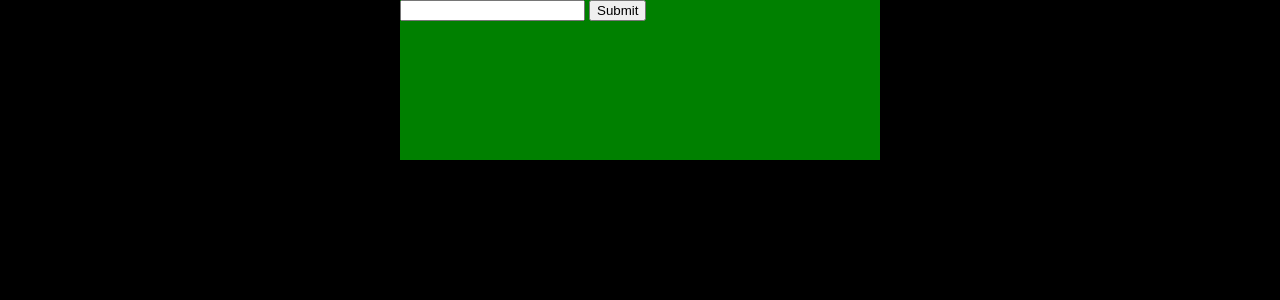
Repository: AndreasAnemyrLNU/1dv403-laborationer-AA223IG
Page: 2-labbymezzage/index.html
The author's editor kept a record of every edit. The page is drawn from the files as they stood at one moment, then again after the next edit.
The browser window is 1280 px wide. The pictures show the whole page.

Above is the page before.

### 2-labbymezzage/index.html
<!DOCTYPE html>
<html lang="sv">
    <head>
        <link rel="stylesheet" href="css/main.css" type="text/css" />
    </head>
    <body>

        <main id="mainMessageArea">

                <form>
                    <input id="messageInputArea"type="textarea"/>
                    <input type="submit" value="Submit"/>
                </form>
            </div>
        </main>

        <script type="text/javascript" src="js/addEvent.js"></script>
        <!--script type="text/javascript" src="js/run.js"></script>
        <!--script type="text/javascript" src="js/Message.js"></script>
    </body>
</html>

### 2-labbymezzage/css/main.css
/*Optimized for 960px width*/

/*ColorScheme*/


/* http://meyerweb.com/eric/tools/css/reset/
   v2.0 | 20110126
   License: none (public domain)
*/

html, body, div, span, applet, object, iframe,
h1, h2, h3, h4, h5, h6, p, blockquote, pre,
a, abbr, acronym, address, big, cite, code,
del, dfn, em, img, ins, kbd, q, s, samp,
small, strike, strong, sub, sup, tt, var,
b, u, i, center,
dl, dt, dd, ol, ul, li,
fieldset, form, label, legend,
table, caption, tbody, tfoot, thead, tr, th, td,
article, aside, canvas, details, embed,
figure, figcaption, footer, header, hgroup,
menu, nav, output, ruby, section, summary,
time, mark, audio, video {
	margin: 0;
	padding: 0;
	border: 0;
	font-size: 100%;
	font: inherit;
	vertical-align: baseline;
}
/* HTML5 display-role reset for older browsers */
article, aside, details, figcaption, figure,
footer, header, hgroup, menu, nav, section {
	display: block;
}
body {
	line-height: 1;
}
ol, ul {
	list-style: none;
}
blockquote, q {
	quotes: none;
}
blockquote:before, blockquote:after,
q:before, q:after {
	content: '';
	content: none;
}
table {
	border-collapse: collapse;
	border-spacing: 0;
}

/*END OF MEYER'S RESET*/

body {
    background-color: black;
}

#mainMessageArea {
    background-color: green;
    height: 10em;
    margin: auto;
    width: 30em;
}

#messageWrapper {
    background-color: white;
    height: 10em;
    margin: auto;
    width: 60em;
}

Loaded but not shown: 2-labbymezzage/js/addEvent.js (no copy from this time; the picture is the same without it)

After the next edit:
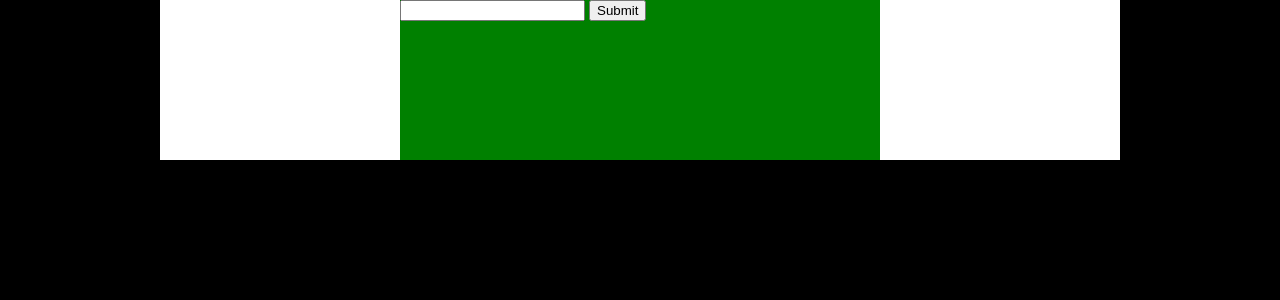
The edit:
--- a/2-labbymezzage/index.html
+++ b/2-labbymezzage/index.html
@@ -4,9 +4,8 @@
         <link rel="stylesheet" href="css/main.css" type="text/css" />
     </head>
     <body>
-
-        <main id="mainMessageArea">
-
+        <div id="messageWrapper">
+            <main id="mainMessageArea">
                 <form>
                     <input id="messageInputArea"type="textarea"/>
                     <input type="submit" value="Submit"/>
